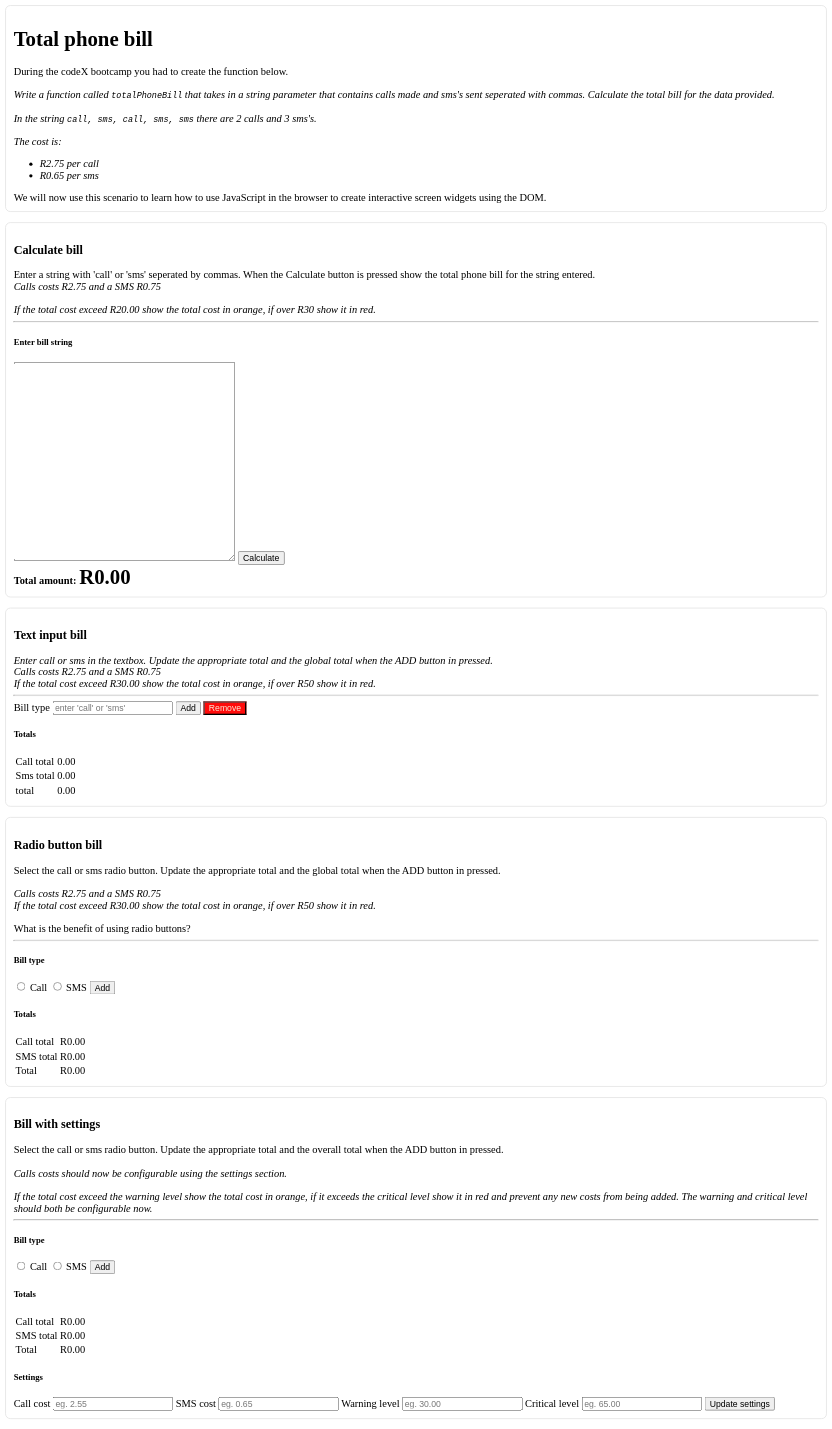
Repository: lasity34/Phone-bill
Page: index.html
The author's editor kept a copy of each file at every save. The page is drawn from the files as they stood at one save, then again after the next save.
The browser window is 1280 px wide. The pictures show the whole page, at 65% of full size.
Some web libraries are served in a nearby version.

Above is the page before, as saved 2023-05-06 11:59:18.
Console error: SyntaxError: Identifier 'totalBill' has already been declared
Not found: css/skeleton.css

### index.html
<!DOCTYPE html>
<html>
  <head>
    <meta charset="utf-8">
    <title></title>
    <link rel="stylesheet" href="css/skeleton.css">
    <link rel="stylesheet" href="css/style.css">
    <script src="https://cdnjs.cloudflare.com/ajax/libs/handlebars.js/4.0.11/handlebars.min.js"></script>
    <script type="text/x-template" class="userTemplate">
      {{#each differentCosts}}
      <tr>
      <td>{{name}} total</td>
      <td><span>{{total}}</span></td>
      </tr>
      {{/each}}
  </script>
  </head>
  <body>
    <div class="container">
      <div class="row">
        <div class="twelve columns box">
          <h1>Total phone bill</h1>

          <div class="">
            During the codeX bootcamp you had to create the function below.
          </div>

          <br>

          <div class="">
            <i>Write a function called <code>totalPhoneBill</code> that takes in a string parameter that contains calls made and sms's sent seperated with commas. Calculate the total bill for the data provided.
              <br><br>
              In the string <code>call, sms, call, sms, sms</code> there are 2 calls and 3 sms's.
              <br>
              <br>
              The cost is:
              <ul>
                <li>R2.75 per call</li>
                <li>R0.65 per sms</li>
              </ul>

            </i>
          </div>

          <div class="">
              We will now use this scenario to learn how to use JavaScript in the browser to create interactive screen widgets using the DOM.
          </div>
        </div>
      </div>
      <div class="row">
        <div class="six columns box">
          <h3>Calculate bill</h3>
          Enter a string with 'call' or 'sms' seperated by commas. When the Calculate button is pressed show the total phone bill for the string entered.

          <div class="">
            <i>Calls costs R2.75 and a SMS R0.75</i>
          </div>
          <br>
          <div class="">
            <i>If the total cost exceed R20.00 show the total cost in orange, if over R30 show it in red.</i>
          </div>

          <hr>

          <!-- billString calculateBtn billTotal -->

          <div class="row">
            <div class="eight columns">
              <h5>Enter bill string</h5>
              <textarea name="name" rows="20" cols="40"  class="billString" ></textarea>
              <button class="button-primary calculateBtn" on type="button" name="button">Calculate</button>
            </div>
            <div class="four columns">
              <strong>Total amount:</strong>
              <span class="total ">R<span class="billTotal">0.00</span> </span>
            </div>
          </div>
        </div>
        <div class="six columns box">

          <!--  text input bill -->
          <h3>Text input bill</h3>

          <div class="">
            <i>Enter call or sms in the textbox. Update the appropriate total and the global total when the ADD button in pressed.</i>
          </div>
          <div class="">
            <i>Calls costs R2.75 and a SMS R0.75</i>
          </div>

          <div class="">
            <i>If the total cost exceed R30.00 show the total cost in orange, if over R50 show it in red.</i>
          </div>
          <hr>

          <div class="row">
            <div class="six columns">

              <label for="">Bill type</label>
              <input type="text" name="" value="" placeholder="enter 'call' or 'sms' " class="billTypeText">
              <button class="button-primary addToBillBtn" type="button" name="button" >Add</button>
              <button class=" resetBtn" type="button" name="button" >Remove</button>
          </div>
            <div class="six columns">
              <h5>Totals</h5>
              <table class="textTotals">

              </table>
            </div>
          </div>
        </div>

      </div>
      <div class="row">
        <div class="six columns box">
          <h3>Radio button bill</h3>

          <div class="">
            Select the call or sms radio button. Update the appropriate total and the global total when the ADD button in pressed.
          </div>
          <br>
          <div class="">
            <i>Calls costs R2.75 and a SMS R0.75</i>
          </div>

          <div class="">
            <i>If the total cost exceed R30.00 show the total cost in orange, if over R50 show it in red.</i>
          </div>
          <br>
          <div class="">
            What is the benefit of using radio buttons?
          </div>

          <hr>

          <div class="row">
            <div class="six columns">
              <h5>Bill type</h5>
              <label class="">
                <input type="radio" name="billItemType" class="billItemTypeRadio" value="call">
                <span class="label-body">Call</span>
              </label>
              <label class="">
                <input type="radio" name="billItemType" class="billItemTypeRadio" value="sms">
                <span class="label-body" >SMS</span>
              </label>
              <button class="button-primary radioBillAddBtn" type="button" name="button">Add</button>
            </div>
            <div class="six columns">
                  <h5>Totals</h5>
                  <table>
                    <tr>
                      <td>Call total</td>
                      <td>R<span class="callTotalTwo">0.00</span></td>
                    </tr>
                    <tr>
                      <td>SMS total</td>
                      <td>R<span class="smsTotalTwo">0.00</span></td>
                    </tr>
                    <tr >
                      <td>Total</td>
                      <td class="orange" >R<span class="totalTwo">0.00</span></td>
                    </tr>
                  </table>
            </div>
          </div>
        </div>
        <div class="six columns box">
          <h3>Bill with settings</h3>
          <div class="">
            Select the call or sms radio button. Update the appropriate total and the overall total when the ADD button in pressed.
          </div>
          <br>
          <div class="">
            <i>Calls costs should now be configurable using the settings section.</i>
          </div>
          <br>
          <div class="">
            <i>If the total cost exceed the warning level show the total cost in orange, if it exceeds the critical level show it in red and prevent any new costs from being added. The  warning and critical level should both be configurable now.</i>
          </div>

          <hr>

          <div class="row">
            <!-- billItemTypeWithSettings -->

            <div class="six columns">
              <h5>Bill type</h5>
              <label class="">
                <input type="radio" name="billItemTypeWithSettings" class="billItemTypeWithSettings" value="call">
                <span class="label-body">Call</span>
              </label>
              <label class="">
                <input type="radio" name="billItemTypeWithSettings" class="billItemTypeWithSettings" value="sms">
                <span class="label-body" >SMS</span>
              </label>
              <button class="button-primary addBtnSetting" type="button" name="button">Add</button>

              <h5>Totals</h5>
                  <table>
                    <tr>
                      <td>Call total</td>
                      <td>R<span class="callTotalSettings">0.00</span> </td>
                    </tr>
                    <tr>
                      <td>SMS total</td>
                      <td>R<span class="smsTotalSettings">0.00</span> </td>
                    </tr>
                    <tr>
                      <td>Total</td>
                      <td> R<span class="totalSettings">0.00</span> </td>
                    </tr>
                  </table>

            </div>
            <div class="six columns">
              <h5>Settings</h5>
              <label for="exampleEmailInput">Call cost</label>
              <input class="u-full-width callCostSetting" type="number" placeholder="eg. 2.55" name="setting" >
              <label for="exampleEmailInput">SMS cost</label>
              <input class="u-full-width smsCostSetting" type="number" placeholder="eg. 0.65" name="setting">
              <label for="">Warning level</label>
              <input class="u-full-width warningLevelSetting " type="number" placeholder="eg. 30.00" class="warningLevel" name="setting" >
              <label for="">Critical level</label>
              <input class="u-full-width criticalLevelSetting" type="number" placeholder="eg. 65.00" name="setting" >
              <button class="button-primary updateSettings" type="button" name="button">Update settings</button>

            </div>
          </div>
        </div>
      </div>
    </div>

    <script src="./js/calculate-bill.js" charset="utf-8"></script>
    <script src="./js/text-bill.js" charset="utf-8"></script>
    <script src="js/radio-bill.js" charset="utf-8"></script>
    <script src="js/settings-bill.js" charset="utf-8"></script>

  </body>
</html>

<!-- billTotal -->

### css/style.css
.box {
  padding: 0.75em;
  border-radius : 0.5em;
  border : 1px solid #ddd;
  height: auto;
  margin-bottom: 1em;
}

.warning {
  color: orange;
  font-weight: bold;
}

.danger {
  color: crimson;
  font-weight: bold;
}

.total {
  font-weight: bold;
  font-size: 2em;
}

.resetBtn {
  background-color: rgb(255, 11, 11);
  color: antiquewhite;
}

### js/calculate-bill.js
//get a reference to the calculate button
const calculateBtnElement = document.querySelector(".calculateBtn")
//get a reference to the billTotal element
const billTotalElement = document.querySelector(".billTotal")
//get a reference to the billString
const billStringElement = document.querySelector(".billString")
//create the function that will be called when the calculate button is pressed
//  * this function should read the string value entered - split it on a comma.
//  * loop over all the entries in the the resulting list
//  * check if it is a call or an sms and add the right amount to the overall total
//  * once done looping over all the entries - display the total onto the screen in the billTotal element
function calculateBtnClicked () {

    const billString = billStringElement.value

    let billTotal = 0;
    const billItems = billString.split(",");

    for (let i = 0; i < billItems.length; i++) {
        const loopedBill = billItems[i]

      if (loopedBill.includes("sms")) {
          billTotal += 0.75;
      } else if(loopedBill.includes("call")) {
          billTotal += 2.75;
      }
    }

    billTotalElement.classList.remove("warning")
    billTotalElement.classList.remove("danger")


    if ( billTotal > 30 ) {
        billTotalElement.classList.add("danger")
    } else if ( billTotal > 20) {
        billTotalElement.classList.add("warning")
    }

   const roundedTotalBill = billTotal.toFixed(2);
    billTotalElement.innerHTML = roundedTotalBill
  return `R${roundedTotalBill}`

}
//link the function to a click event on the calculate button

    calculateBtnElement.addEventListener("click", calculateBtnClicked)

### js/text-bill.js
// get a reference to the textbox where the bill type is to be entered

//get a reference to the add button

//create a variable that will keep track of the total bill

//add an event listener for when the add button is pressed

//in the event listener check if the value in the bill type textbox is 'sms' or 'call'
// * add the appropriate value to the running total
// * add nothing for invalid values that is not 'call' or 'sms'.
// * display the latest total on the screen\index.html

const billTypeText = document.querySelector(".billTypeText");
const textTotalAddBtn = document.querySelector(".addToBillBtn");
const textTotalRemoveBtn = document.querySelector(".resetBtn");
const callsTotalElem = document.querySelector(".callTotalOne");
const smsTotalElem = document.querySelector(".smsTotalOne");
const totalElem = document.querySelector(".totalOne");

let callsTotal = 0.00;
let smsTotal = 0.00;
let total = 0.00


function textBillTotal() {
  const billTypeEntered = billTypeText.value.trim();

  if (billTypeEntered === "call") {
    callsTotal += 2.75;
  } else if (billTypeEntered === "sms") {
    smsTotal += 0.75;
  }


  total = callsTotal + smsTotal;


  if (total > 50) {
    totalElem.classList.add("danger");
  } else if (total > 30) {
    totalElem.classList.add("warning");
  }



}

function removeTotal() {
  totalElem.innerHTML = 0;
  callsTotalElem.innerHTML = 0;
  smsTotalElem.innerHTML = 0;
  callsTotal = 0;
  smsTotal = 0;
}


document.addEventListener("DOMContentLoaded", function () {
    const templateSource = document.querySelector(".userTemplate").innerHTML;

    const userTemplate = Handlebars.compile(templateSource);

    const costDataElem = document.querySelector(".textTotals");

    const costData = {
      differentCosts : [
      {  name : "Call",
         total :  callsTotal.toFixed(2),
    },
    {
        name : "Sms",
        total : smsTotal.toFixed(2)
    },
    {
        name : "",
        total : total.toFixed(2)
    }
      ]
    };

    const userDataHTML = userTemplate(costData);
    costDataElem.innerHTML = userDataHTML;
  });

textTotalAddBtn.addEventListener("click", textBillTotal);
textTotalRemoveBtn.addEventListener("click", removeTotal);


//   const userDataHTML = userTemplate(userData);
//   userDataElem.innerHTML = userDataHTML;

//   // study status
//   Handlebars.registerHelper("studyStatus", function (passingYear) {
//     if (passingYear < 2015) {
//       return "passed";
//     } else {
//       return "not passed";
//     }
//   });

// // get from template HTML
//   const templateScript = Handlebars.compile(templateSource)

//   // reference
//   const resultDataElement = document.querySelector(".resultData")

//   // data to check
//   var context = {
//     "students":[
//       {"name" : "John", "passingYear" : 2013},
//       {"name" : "Doe" , "passingYear" : 2016}
//     ]
//   }

//   //  place data in template
//   const resultDataHTML = templateScript(context)
// // display info
//   resultDataElement.innerHTML = resultDataHTML

// });

### js/radio-bill.js
// get a reference to the sms or call radio buttons

//get a reference to the add button

//create a variable that will keep track of the total bill

//add an event listener for when the add button is pressed

//in the event listener get the value from the billItemTypeRadio radio buttons
// * add the appropriate value to the running total
// * add nothing for invalid values that is not 'call' or 'sms'.
// * display the latest total on the screen


const radioBillAddBtnElement = document.querySelector(".radioBillAddBtn")

// "input[name='billItemType']:checked"
const callTotalTwoElement = document.querySelector(".callTotalTwo")
const smsTotalTwoElement = document.querySelector(".smsTotalTwo")
const totalTwoElement = document.querySelector(".totalTwo")

let smsTotalRadio = 0;
let callTotalRadio = 0;
let totalBill
    function calculateRadioBtn () {

        const checkedRadioBtnElement = document.querySelector("input[name='billItemType']:checked")

        if(checkedRadioBtnElement) {
          const  billItemType = checkedRadioBtnElement.value;

            if (billItemType === "call") {
                callTotalRadio += 2.75
            } else if (billItemType === "sms") {
                smsTotalRadio += 0.75
            }


        }




        smsTotalTwoElement.innerHTML = smsTotalRadio.toFixed(2);
        callTotalTwoElement.innerHTML = callTotalRadio.toFixed(2);
         totalBill = callTotalRadio + smsTotalRadio;
        totalTwoElement.innerHTML = totalBill.toFixed(2)

        totalTwoElement.classList.remove("danger")
        totalTwoElement.classList.remove("warning")


        if(totalBill > 30) {
            totalTwoElement.classList.add("danger")
        } else if (totalBill > 20) {
            totalTwoElement.classList.add("warning")
        }

    }

    document.addEventListener("DOMContentLoaded", function () {
        const templateSource = document.querySelector(".userTemplate").innerHTML;

        const userTemplate = Handlebars.compile(templateSource);

        const costDataElem = document.querySelector(".textTotals");

        const costData = {
          differentCosts : [
          {  name : "Call",
             total :  callsTotal.toFixed(2),
        },
        {
            name : "Sms",
            total : smsTotal.toFixed(2)
        },
        {
            name : "",
            total : total.toFixed(2)
        }
          ]
        };

        const userDataHTML = userTemplate(costData);
        costDataElem.innerHTML = userDataHTML;
      });


    radioBillAddBtnElement.addEventListener("click", calculateRadioBtn)

### js/settings-bill.js
// get a reference to the sms or call radio buttons

// get refences to all the settings fields

//get a reference to the add button

//get a reference to the 'Update settings' button

// create a variables that will keep track of all the settings

// create a variables that will keep track of all three totals.

//add an event listener for when the 'Update settings' button is pressed

//add an event listener for when the add button is pressed

//in the event listener get the value from the billItemTypeRadio radio buttons
// * add the appropriate value to the call / sms total
// * add the appropriate value to the overall total
// * add nothing for invalid values that is not 'call' or 'sms'.
// * display the latest total on the screen.
// * check the value thresholds and display the total value in the right color.

// totals Display
const calltotalSettingsElement = document.querySelector(".callTotalSettings");
const smsTotalSettingsElement = document.querySelector(".smsTotalSettings");
const totalBillSettingsElement = document.querySelector(".totalSettings");

// Buttons
const addBtnSettingElement = document.querySelector(".addBtnSetting");
const updateBtnSettingElement = document.querySelector(".updateSettings");

// settings element
const callCostSettingEl = document.querySelector(".callCostSetting");
const smsCostSettingEl = document.querySelector(".smsCostSetting");
const warningSettingEl = document.querySelector(".warningLevelSetting");
const criticalLevelSettingEl = document.querySelector(".criticalLevelSetting");

// totals
let smsSettingTotal = 0;
let callSettingTotal = 0;

// settings updated
let callValue = 0;
let smsValue = 0;
let warningValue = 0;
let criticalValue = 0;
let totalBill = 0

function updatedSettings() {
  callValue = parseInt(callCostSettingEl.value) || 0 ;
  smsValue = parseInt(smsCostSettingEl.value);
  warningValue = parseInt(warningSettingEl.value);
  criticalValue = parseInt(criticalLevelSettingEl.value)
  totalBillSettingsElement.classList.remove("danger")
  totalBillSettingsElement.classList.remove("warning")

  if (totalBill >= criticalValue) {
    totalBillSettingsElement.classList.add("danger")
} else if (totalBill >= warningValue) {
    totalBillSettingsElement.classList.add("warning")
}


}

function totalBillWithSettings() {
  const checkedRadioBtn = document.querySelector(
    "input[name='billItemTypeWithSettings']:checked"
  );

  if (checkedRadioBtn) {
    const billItemType = checkedRadioBtn.value;

    if(totalBill < criticalValue ) {

        if (billItemType === "call") {
            callSettingTotal += callValue;
          } else if (billItemType === "sms") {
            smsSettingTotal += smsValue;
          }
    }

  }


  calltotalSettingsElement.innerHTML = callSettingTotal.toFixed(2);
  smsTotalSettingsElement.innerHTML = smsSettingTotal.toFixed(2);
  totalBill = callSettingTotal + smsSettingTotal;
  totalBillSettingsElement.innerHTML = totalBill.toFixed(2);

  totalBillSettingsElement.classList.remove("danger")
  totalBillSettingsElement.classList.remove("warning")

  if (totalBill >= criticalValue) {
        totalBillSettingsElement.classList.add("danger")
  } else if (totalBill >= warningValue) {
        totalBillSettingsElement.classList.add("warning")
  }
}

updateBtnSettingElement.addEventListener("click", updatedSettings);
addBtnSettingElement.addEventListener("click", totalBillWithSettings);

After the next save:
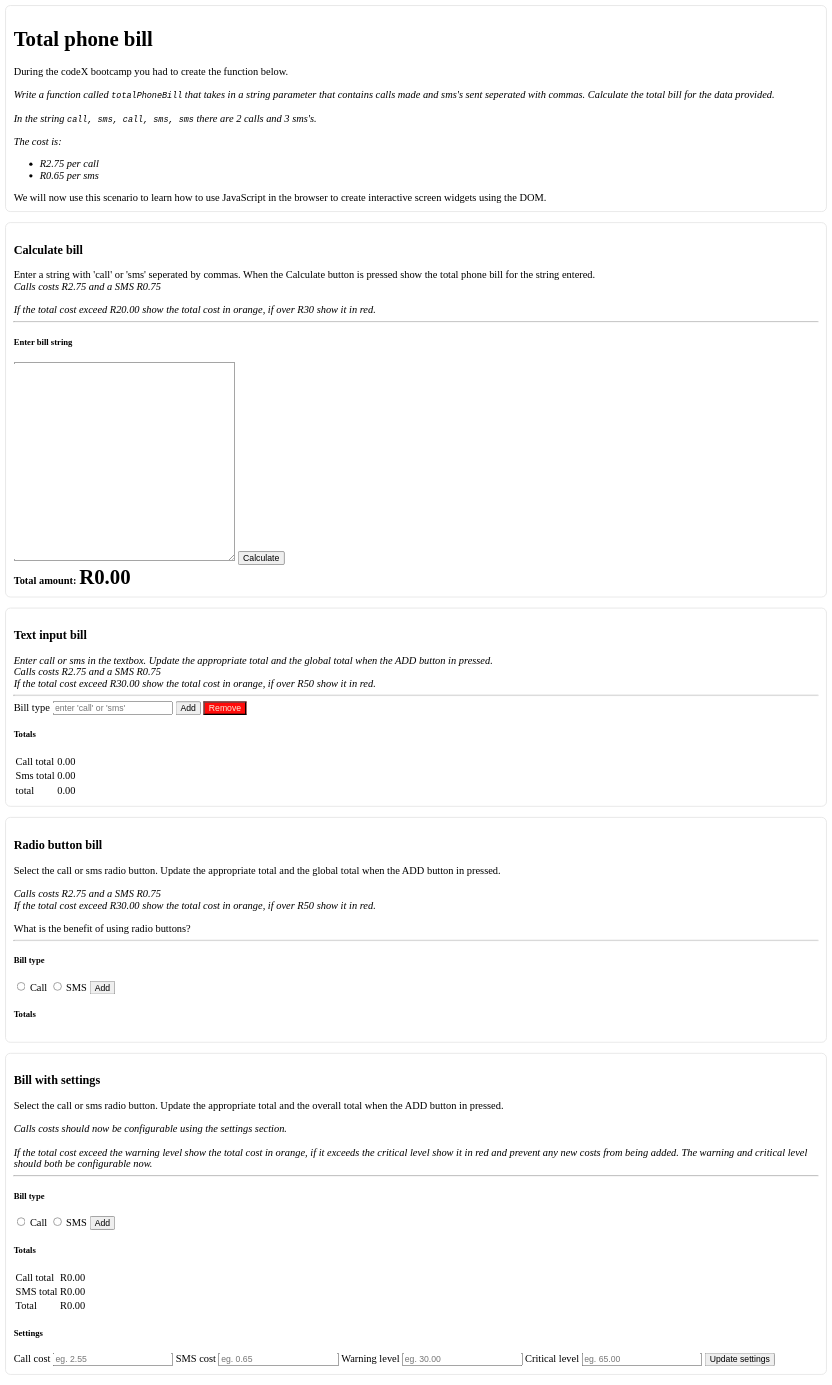
Saved 40 s later.
--- a/index.html
+++ b/index.html
@@ -148,19 +148,8 @@
             </div>
             <div class="six columns">
                   <h5>Totals</h5>
-                  <table>
-                    <tr>
-                      <td>Call total</td>
-                      <td>R<span class="callTotalTwo">0.00</span></td>
-                    </tr>
-                    <tr>
-                      <td>SMS total</td>
-                      <td>R<span class="smsTotalTwo">0.00</span></td>
-                    </tr>
-                    <tr >
-                      <td>Total</td>
-                      <td class="orange" >R<span class="totalTwo">0.00</span></td>
-                    </tr>
+                  <table class="textTotals">
+
                   </table>
             </div>
           </div>
